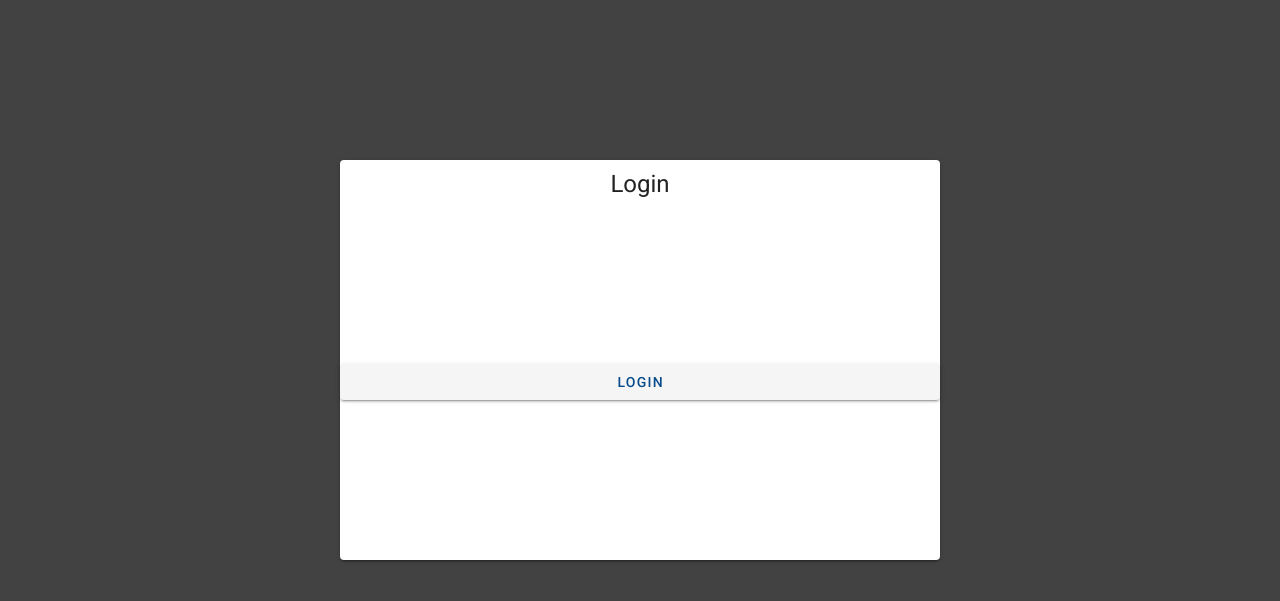
Repository: Grace229/Login
Page: /
The author's editor kept a copy of each file at every save. The page is drawn from the files as they stood at one save, then again after the next save.
The browser window is 1280 px wide. The pictures show the whole page.
The project was rebuilt for these pictures with package versions that can differ from the ones it lists, and the page was loaded fresh each time. Also part of the build but not shown: vue.config.js. Imported but missing from the stored project, and not drawn on this page: src/views/About.vue.

Above is the page before, as saved 2021-02-15 16:41:54.

After the next save:
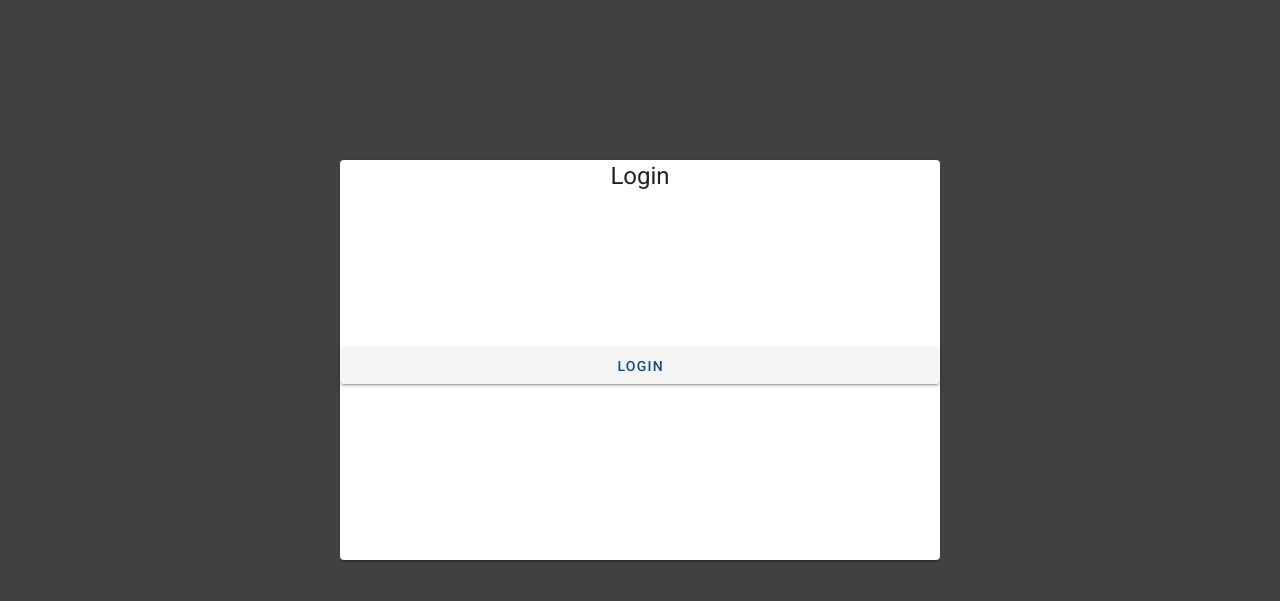
Saved 20 s later.
--- a/src/views/Home.vue
+++ b/src/views/Home.vue
@@ -6,7 +6,7 @@
     <v-container>
       <v-card class="mx-auto" max-width="600" height="400">
         <header>
-          <div class="headline text-center py-2">
+          <div class="headline text-center">
             Login
           </div>
         </header>
